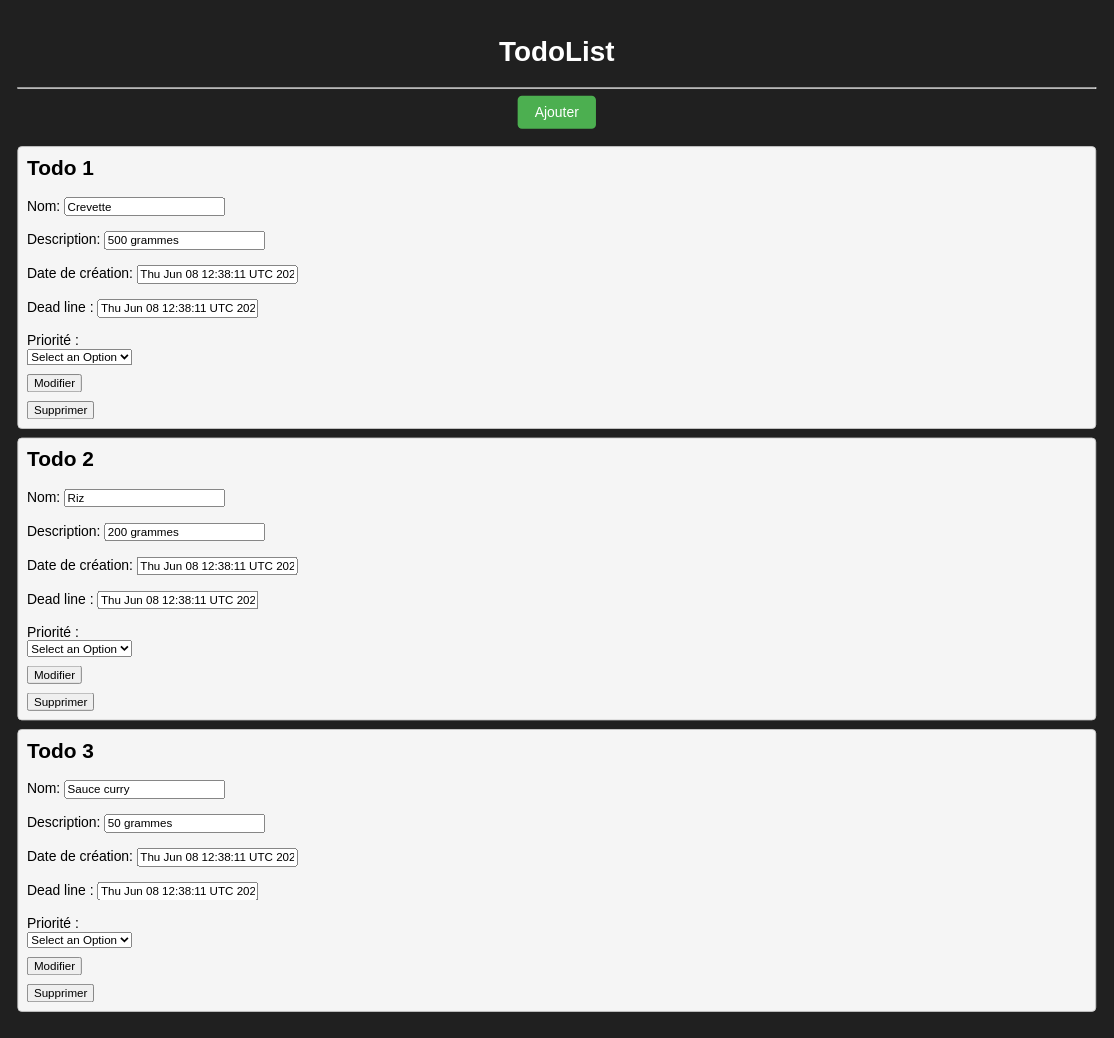
Repository: HugoGit-Hub/TodoList
Page: http://localhost/todo-list/TodoList
The author's editor kept a copy of each file at every save. The page is drawn from the files as they stood at one save, then again after the next save.
The browser window is 1280 px wide. The pictures show the whole page, at 87% of full size.
The page is served by Tomcat 9. Other server files are loaded and not shown.

Above is the page before, as saved 2023-06-08 17:24:28.

### todo-list/src/main/webapp/jsp/todoList.jsp
<%@page import="java.util.ArrayList"%>
<%@page import="java.util.List"%>
<%@page import="fr.keyce.todo_list.model.Todo"%>
<%@page import="java.util.Map"%>
<%@taglib prefix="c" uri="http://java.sun.com/jsp/jstl/core"%>
<%@ page language="java" contentType="text/html; charset=UTF-8"
    pageEncoding="UTF-8"%>
<!DOCTYPE html>
<html>
	<head>
		<meta charset="UTF-8">
		<title>TodoList</title>
		<link href="../css/style.css" rel="stylesheet" type="text/css">
	</head>
	<body>
		<div>
			<h1>TodoList</h1><hr/>

			<div class="add-button">
				<c:url var="todoCreateUrl" value="/TodoCreate"/>
				<a href="${todoCreateUrl}">Ajouter</a>
			</div>

			<c:forEach items="${getAllTodo}" var="todo">
				<div class="todo-list">
    				<div class="todo-item">
						<form method="post" action="http://localhost:8080/todo-list/TodoList">
							<h2>Todo ${todo.getId()}</h2>
							<input type="text" id="id" name="id" value="${todo.getId()}" hidden="true">

							<label for="name">Nom:</label>
							<input type="text" id="name" name="name" value="${todo.getName()}"><br/><br/>

					 		<label for="description">Description:</label>
							<input type="text" id="description" name="description" value="${todo.getDescription()}"><br/><br/>

							<label for="creationDate">Date de création:</label>
							<input type="text" id="creationDate" name="creationDate" value="${todo.getCreationDate()}"><br/><br/>

							<label for="deadLine">Dead line :</label>
							<input type="text" id="deadLine" name="deadLine" value="${todo.getDeadLine()}"><br/><br/>

							<label for="priority">Priorité :</label>
							<p value="${todo.getPriority()}">
							<select id="priority" name="priority" value="${todo.getPriority()}" required="required">
								<option value="none" selected disabled hidden>Select an Option</option>
								<option value="LOW">Low</option>
								<option value="NORMAL">Normal</option>
								<option value="HIGH">High</option>
							</select>
					 		<div class="buttons">
								<input type="submit" name="action" value="Modifier">
							</div>
						</form>

					 	<form method="post" action="http://localhost:8080/todo-list/TodoList">
							<input type="hidden" name="id" value="${todo.getId()}">
							<div class="buttons">
								<input type="submit" name="action" value="Supprimer">
							</div>
						</form>
					</div>
				</div>
			</c:forEach>
		</div>
	</body>
	<style>
    body {
      font-family: Arial, sans-serif;
      margin: 0;
      padding: 20px;
      background-color: #202020;
    }

    h1 {
      text-align: center;
      color: white;
    }

    .todo-item {
      margin-bottom: 10px;
      padding: 10px;
      border: 1px solid #ccc;
      border-radius: 5px;
      background-color: #f5f5f5;
    }

    .todo-item h2 {
      margin-top: 0;
    }

    .todo-item p {
      margin: 0;
    }

    .todo-item .buttons {
      margin-top: 10px;
    }

    .todo-item .buttons button {
      margin-right: 5px;
    }

    .add-button {
      text-align: center;
      margin-bottom: 20px;
    }

    .add-button a {
      display: inline-block;
      padding: 10px 20px;
      background-color: #4CAF50;
      color: #fff;
      text-decoration: none;
      border-radius: 5px;
    }
  </style>
</html>

### todo-list/src/main/java/fr/keyce/todo_list/controllers/TodoListServlet.java
package fr.keyce.todo_list.controllers;

import java.io.IOException;
import java.text.ParseException;
import java.text.SimpleDateFormat;
import java.util.Date;
import java.util.List;

import javax.servlet.RequestDispatcher;
import javax.servlet.ServletException;
import javax.servlet.annotation.WebServlet;
import javax.servlet.http.HttpServlet;
import javax.servlet.http.HttpServletRequest;
import javax.servlet.http.HttpServletResponse;

import fr.keyce.todo_list.model.Priority;
import fr.keyce.todo_list.model.Todo;
import fr.keyce.todo_list.services.TodoService;
import fr.keyce.todo_list.services.Impl.TodoServiceImpl;

@WebServlet(name = "TodoListServlet", urlPatterns = "/TodoList")
public class TodoListServlet extends HttpServlet {
	private static final long serialVersionUID = 1L;

	private TodoService todoService = TodoServiceImpl.getInstance();

	protected void doGet(HttpServletRequest request, HttpServletResponse response) throws ServletException, IOException {
		System.out.println(request.getRequestURI() + " > forward vers /jsp/todoList.jsp");
		List<Todo> todos = this.todoService.findAll();
		RequestDispatcher requestDispatcher = request.getRequestDispatcher("/jsp/todoList.jsp");
		request.setAttribute("getAllTodo", todos);

		requestDispatcher.forward(request, response);
	}

	protected void doPost(HttpServletRequest request, HttpServletResponse response) throws ServletException, IOException {
		String id = request.getParameter("id");
		String action = request.getParameter("action");

		switch (action) {
			case "Supprimer": {
				todoService.delete(Integer.parseInt(id));
				response.sendRedirect("http://localhost:8080/todo-list/TodoList");
				break;
			}
			case "Modifier":{
				Todo update = new Todo();

				String idTodo = request.getParameter("id");
				update.setId(Integer.parseInt(idTodo));

				String name = request.getParameter("name");
				update.setName(name);

				String description = request.getParameter("description");
				update.setDescription(description);

				String creationDate = request.getParameter("creationDate");
				try {
					Date convertDate = new SimpleDateFormat("dd/MM/yyyy").parse(creationDate);
					update.setCreationDate(convertDate);
				} catch (ParseException e) {
					e.printStackTrace();
				}

				String deadLine = request.getParameter("deadLine");
				try {
					Date convertDate = new SimpleDateFormat("dd/MM/yyyy").parse(deadLine);
					update.setDeadLine(convertDate);
				} catch (ParseException e) {
					e.printStackTrace();
				}

				String priority = request.getParameter("priority");
				switch (priority) {
					case "LOW": {
						update.setPriority(Priority.LOW);
					}
					case "NORMAL": {
						update.setPriority(Priority.NORMAL);
					}
					case "HIGH": {
						update.setPriority(Priority.HIGH);
					}
				}
				todoService.update(update);
				response.sendRedirect("http://localhost:8080/todo-list/TodoList");
				break;
			}
			default:
				throw new IllegalArgumentException("Unexpected value: ");
		}
	}
}

### todo-list/src/main/java/fr/keyce/todo_list/services/Impl/TodoServiceImpl.java
package fr.keyce.todo_list.services.Impl;

import java.util.List;

import fr.keyce.todo_list.dao.TodoDao;
import fr.keyce.todo_list.dao.db.TodoDaoDb;
import fr.keyce.todo_list.model.Todo;
import fr.keyce.todo_list.services.TodoService;

public class TodoServiceImpl implements TodoService {

	private final static TodoServiceImpl INSTANCE = new TodoServiceImpl();

	private TodoServiceImpl() {};

	public static TodoServiceImpl getInstance() {
		return INSTANCE;
	}

	private TodoDao todoDao = TodoDaoDb.getInstance();

	@Override
	public List<Todo> findAll() {
		return this.todoDao.findAll();
	}

	@Override
	public void delete(Integer id) {
		this.todoDao.delete(id);
	}

	@Override
	public Todo update(Todo todo) {
		return this.todoDao.update(todo);
	}

	@Override
	public Todo create(Todo todo) {
		return this.todoDao.create(todo);
	}

}

### todo-list/src/main/java/fr/keyce/todo_list/dao/TodoDao.java
package fr.keyce.todo_list.dao;

import java.util.List;

import fr.keyce.todo_list.model.Todo;

public interface TodoDao {
	public List<Todo> findAll();
	public void delete(Integer id);
	public Todo update(Todo todo);
	public Todo create(Todo todo);
}

### todo-list/src/main/java/fr/keyce/todo_list/dao/db/TodoDaoDb.java
package fr.keyce.todo_list.dao.db;

import java.util.List;

import fr.keyce.todo_list.dao.TodoDao;
import fr.keyce.todo_list.db.Database;
import fr.keyce.todo_list.model.Todo;

public class TodoDaoDb implements TodoDao {

	private final static TodoDaoDb INSTANCE = new TodoDaoDb();

	private TodoDaoDb() {};

	public static TodoDaoDb getInstance() {
		return INSTANCE;
	}

	private Database database = Database.getInstance();

	@Override
	public List<Todo> findAll() {
		return this.database.selectAll();
	}

	@Override
	public void delete(Integer id) {
		this.database.delete(id);
	}

	@Override
	public Todo update(Todo todo) {
		return this.database.update(todo);
	}

	@Override
	public Todo create(Todo todo) {
		return this.database.create(todo);
	}
}

### todo-list/src/main/java/fr/keyce/todo_list/db/Database.java
package fr.keyce.todo_list.db;

import java.util.ArrayList;
import java.util.Date;
import java.util.List;
import java.util.Map;
import java.util.TreeMap;

import fr.keyce.todo_list.model.Priority;
import fr.keyce.todo_list.model.Todo;

public class Database {

	private final static Database INSTANCE = new Database();

	private Map<Integer, Todo> map;

	private Database() {
		this.map = new TreeMap<Integer, Todo>();
		Todo todoCrevette = Todo.create(1, "Crevette", "500 grammes", new Date(), new Date(), Priority.NORMAL);
		this.map.put(todoCrevette.getId(), todoCrevette);
		Todo todoRiz = Todo.create(2, "Riz", "200 grammes", new Date(), new Date(), Priority.NORMAL);
		this.map.put(todoRiz.getId(), todoRiz);
		Todo todoSauceCurry = Todo.create(3, "Sauce curry", "50 grammes", new Date(), new Date(), Priority.NORMAL);
		this.map.put(todoSauceCurry.getId(), todoSauceCurry);
	}

	public static Database getInstance() {
		return INSTANCE;
	}

	public List<Todo> selectAll(){
		var value = this.map.values();
		return new ArrayList<>(value);
	}

	public void delete(Integer id) {
		map.remove(id);
	}

	public Todo update(Todo todo) {
		return map.put(todo.getId(), todo);
	}

	public Todo create(Todo todo) {
		Integer id = map.size() + 1;
		return map.put(id, todo);
	}
}

### todo-list/src/main/java/fr/keyce/todo_list/model/Priority.java
package fr.keyce.todo_list.model;

public enum Priority {

	LOW, NORMAL, HIGH

}

### todo-list/src/main/java/fr/keyce/todo_list/model/Todo.java
package fr.keyce.todo_list.model;

import java.util.Date;

public class Todo {

	private Integer id;

	private String name;

	private String description;

	private Date creationDate;

	private Date deadLine;

	private Priority priority;

	public Todo() {}

	public Integer getId() {
		return id;
	}

	public void setId(Integer id) {
		this.id = id;
	}

	public String getName() {
		return name;
	}

	public void setName(String name) {
		this.name = name;
	}

	public String getDescription() {
		return description;
	}

	public void setDescription(String description) {
		this.description = description;
	}

	public Date getCreationDate() {
		return creationDate;
	}

	public void setCreationDate(Date creationDate) {
		this.creationDate = creationDate;
	}

	public Date getDeadLine() {
		return deadLine;
	}

	public void setDeadLine(Date deadLine) {
		this.deadLine = deadLine;
	}

	public Priority getPriority() {
		return priority;
	}

	public void setPriority(Priority priority) {
		this.priority = priority;
	}

	public final static Todo create(Integer id, String name, String description, Date creationDate, Date deadLine, Priority priority) {
		Todo todo = new Todo();
		todo.id = id;
		todo.name = name;
		todo.description = description;
		todo.creationDate = creationDate;
		todo.deadLine = deadLine;
		todo.priority = priority;
		return todo;
	}
}

### todo-list/src/main/webapp/css/style.css
@charset "UTF-8";

    body {
      font-family: Arial, sans-serif;
      margin: 0;
      padding: 20px;
      background-color: #202020;
    }

    h1 {
      text-align: center;
      color: white;
    }

    .todo-item {
      margin-bottom: 10px;
      padding: 10px;
      border: 1px solid #ccc;
      border-radius: 5px;
      background-color: #f5f5f5;
    }

    .todo-item h2 {
      margin-top: 0;
    }

    .todo-item p {
      margin: 0;
    }

    .todo-item .buttons {
      margin-top: 10px;
    }

    .todo-item .buttons button {
      margin-right: 5px;
    }

    .add-button {
      text-align: center;
      margin-bottom: 20px;
    }

    .add-button a {
      display: inline-block;
      padding: 10px 20px;
      background-color: #4CAF50;
      color: #fff;
      text-decoration: none;
      border-radius: 5px;
    }

After the next save:
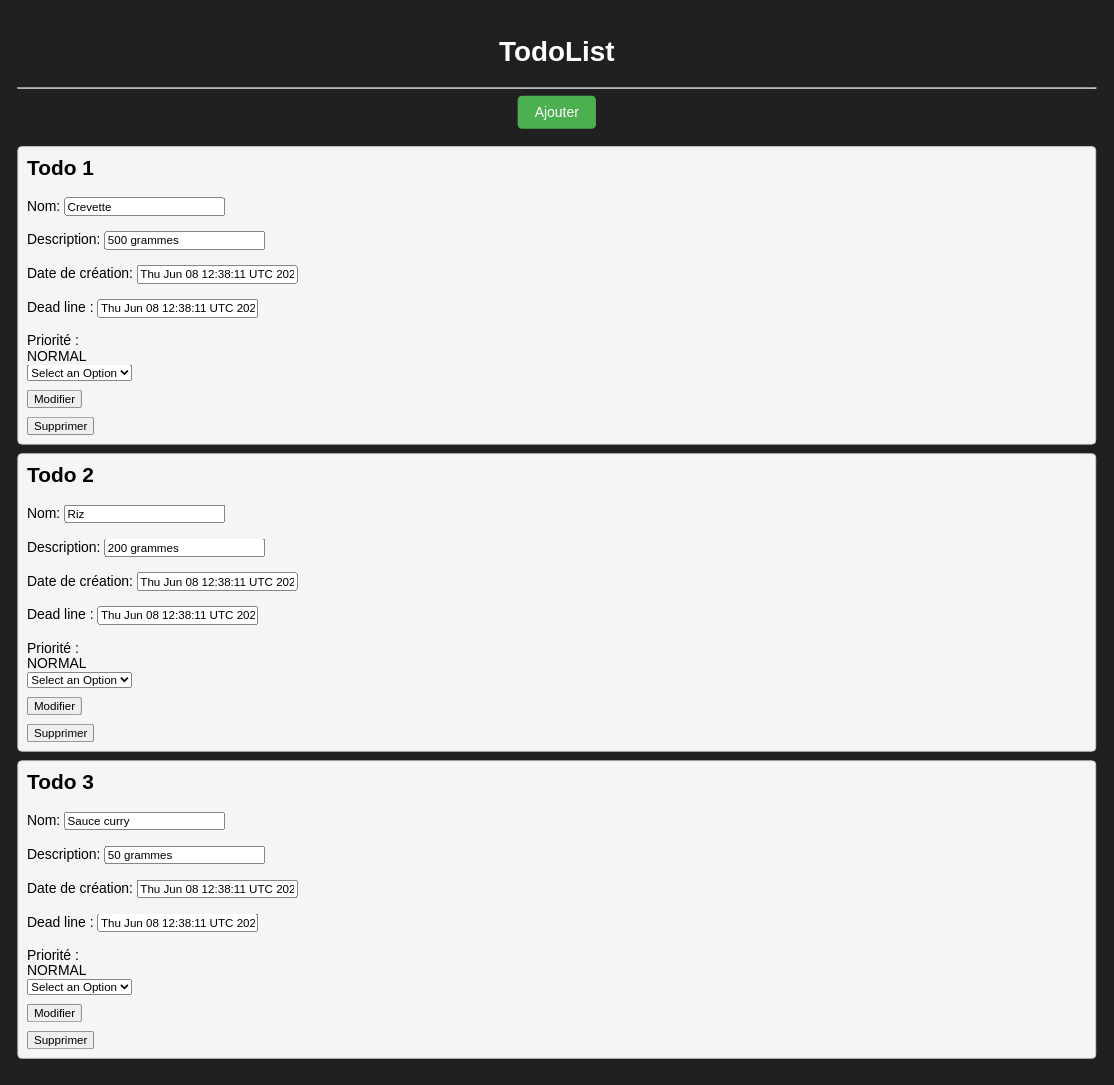
Saved 41 s later.
--- a/todo-list/src/main/webapp/jsp/todoList.jsp
+++ b/todo-list/src/main/webapp/jsp/todoList.jsp
@@ -41,7 +41,7 @@
 							<input type="text" id="deadLine" name="deadLine" value="${todo.getDeadLine()}"><br/><br/>
 
 							<label for="priority">Priorité :</label>
-							<p value="${todo.getPriority()}">
+							<p>${todo.getPriority()}</p>
 							<select id="priority" name="priority" value="${todo.getPriority()}" required="required">
 								<option value="none" selected disabled hidden>Select an Option</option>
 								<option value="LOW">Low</option>
